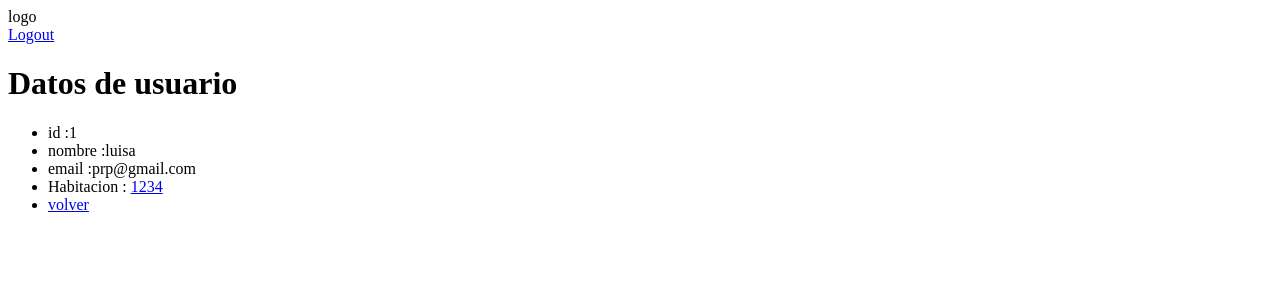
Repository: borjasegui/javaWeb
Page: http://localhost/HelloMVC/Usuario?id=1
The author's editor kept a copy of each file at every save. The page is drawn from the files as they stood at one save, then again after the next save.
The browser window is 1280 px wide. The pictures show the whole page.
The page is served by Tomcat 9.

Above is the page before, as saved 2018-11-15 08:02:18.
Console error: TypeError: Cannot set properties of null (setting 'onclick')

After the next save:
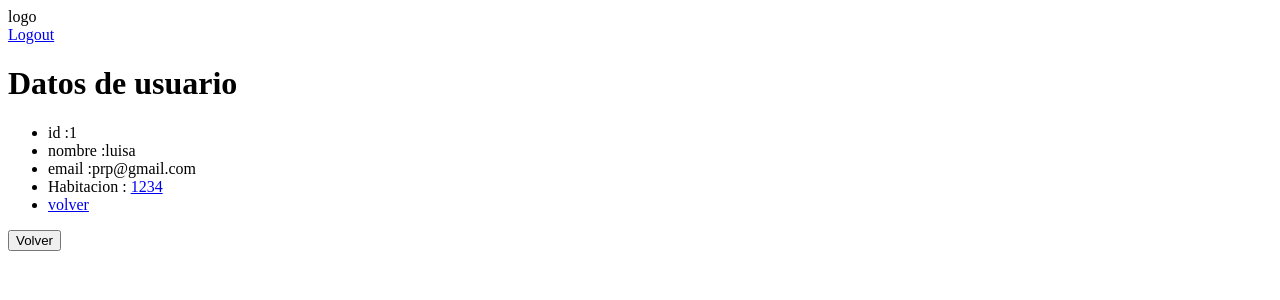
The error is gone.
Saved 3 min 11 s later.
--- a/java-web/HelloMVC/WebContent/usuario.jsp
+++ b/java-web/HelloMVC/WebContent/usuario.jsp
@@ -10,17 +10,19 @@
 </head>
 <body>
 
-<jsp:include page="./cabezera.jsp"></jsp:include>
+	<jsp:include page="./cabezera.jsp"></jsp:include>
 
 	<h1>Datos de usuario</h1>
 	<ul>
 		<li>id :${elusuario.id}</li>
 		<li>nombre :${elusuario.name}</li>
 		<li>email :${elusuario.email}</li>
-		<li>Habitacion : <a href="./HabitacionServlet?hid=${elusuario.habitacion.hid}">${elusuario.habitacion.hid}</a></li>
+		<li>Habitacion : <a
+			href="./HabitacionServlet?hid=${elusuario.habitacion.hid}">${elusuario.habitacion.hid}</a></li>
 		<li><a href="./ListaUsuarios">volver</a></li>
 	</ul>
+	<button id="volverbtn">Volver</button>
 
 </body>
-<script  src="./js/script.js"></script>
+<script src="./js/script.js"></script>
 </html>
